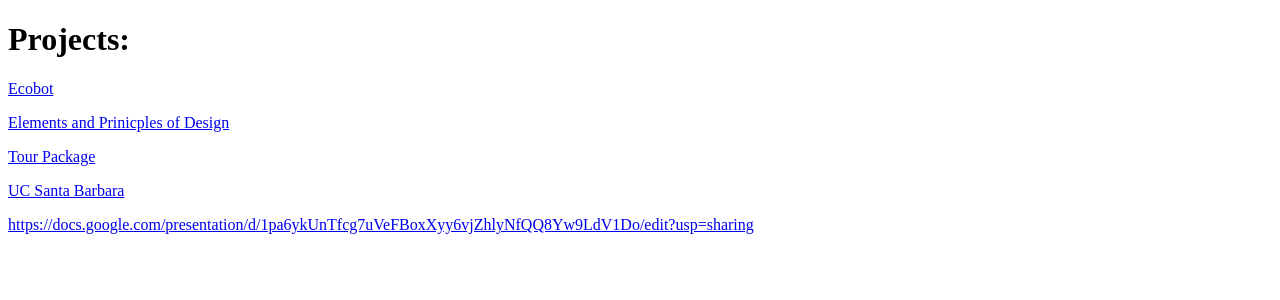
Repository: Isaakwashere/isaakwashere.github.io
Page: Engineering.html
The author's editor kept a record of every edit. The page is drawn from the files as they stood at one moment, then again after the next edit.
The browser window is 1280 px wide. The pictures show the whole page.

Above is the page before.

After the next edit:
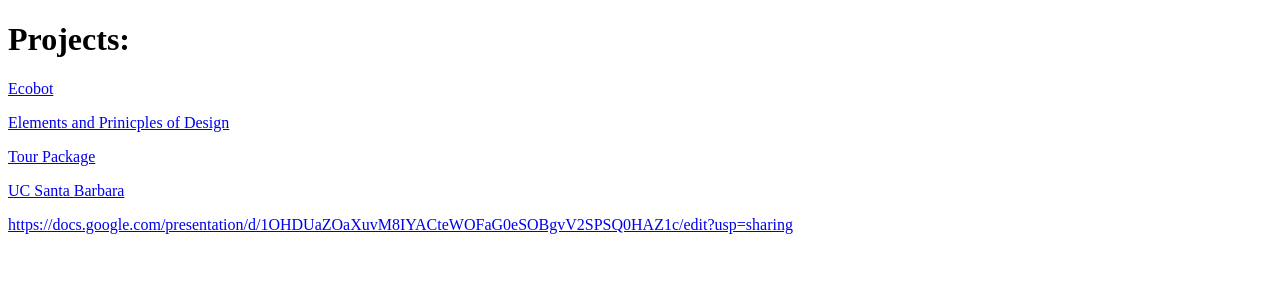
The edit:
--- a/Engineering.html
+++ b/Engineering.html
@@ -20,4 +20,4 @@
 </body>
 </html>
 
-https://docs.google.com/presentation/d/1pa6ykUnTfcg7uVeFBoxXyy6vjZhlyNfQQ8Yw9LdV1Do/edit?usp=sharing
+https://docs.google.com/presentation/d/1OHDUaZOaXuvM8IYACteWOFaG0eSOBgvV2SPSQ0HAZ1c/edit?usp=sharing
